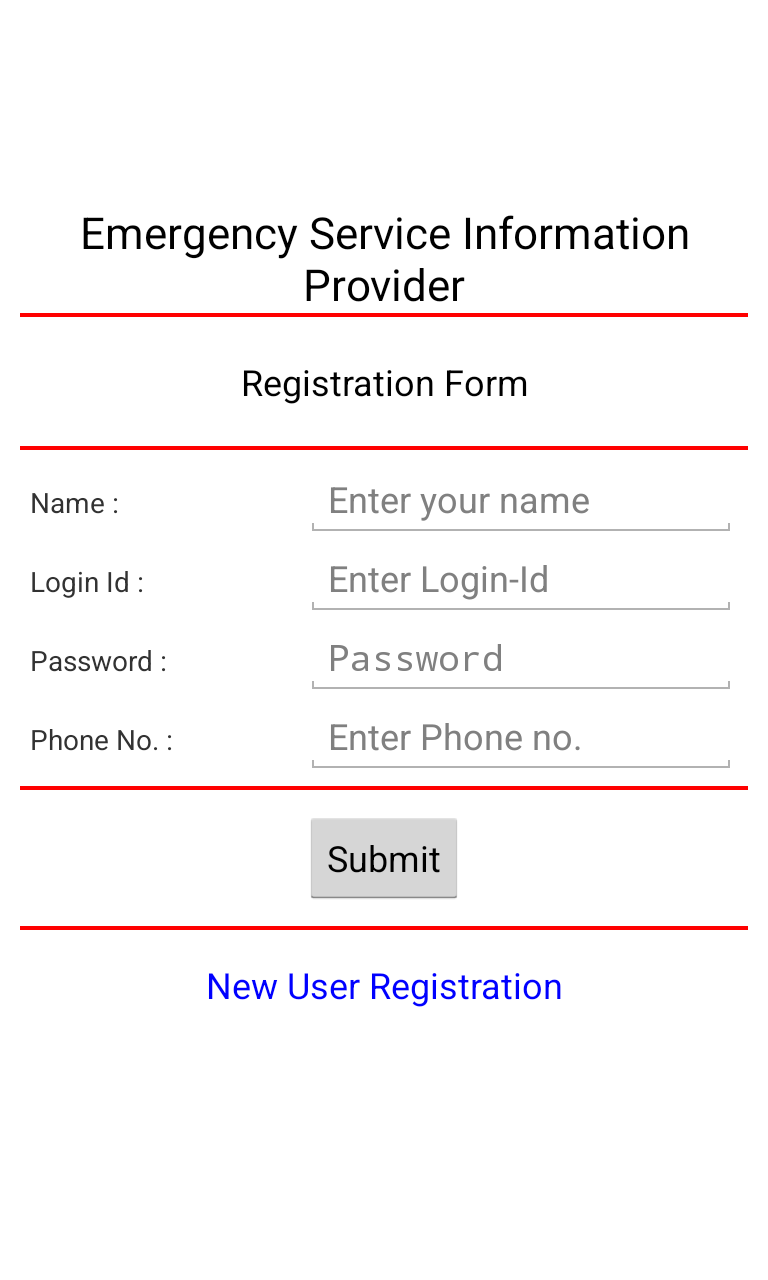
Repository: mansee8/Emergency-Service-Information-Provider
Layout: Emergency Service Information Provider/ESIP/ESIP/res/layout/user_registration.xml
The author's editor kept a copy of each file at every save. The layout is drawn from the files as they stood at one save, then again after the next save.
It is drawn on a 768 x 1280 px phone screen (xhdpi) without system bars, with theme AppTheme; the app's code is not run.

Above is the layout before, as saved 2014-02-28 10:23:58.

After the next save:
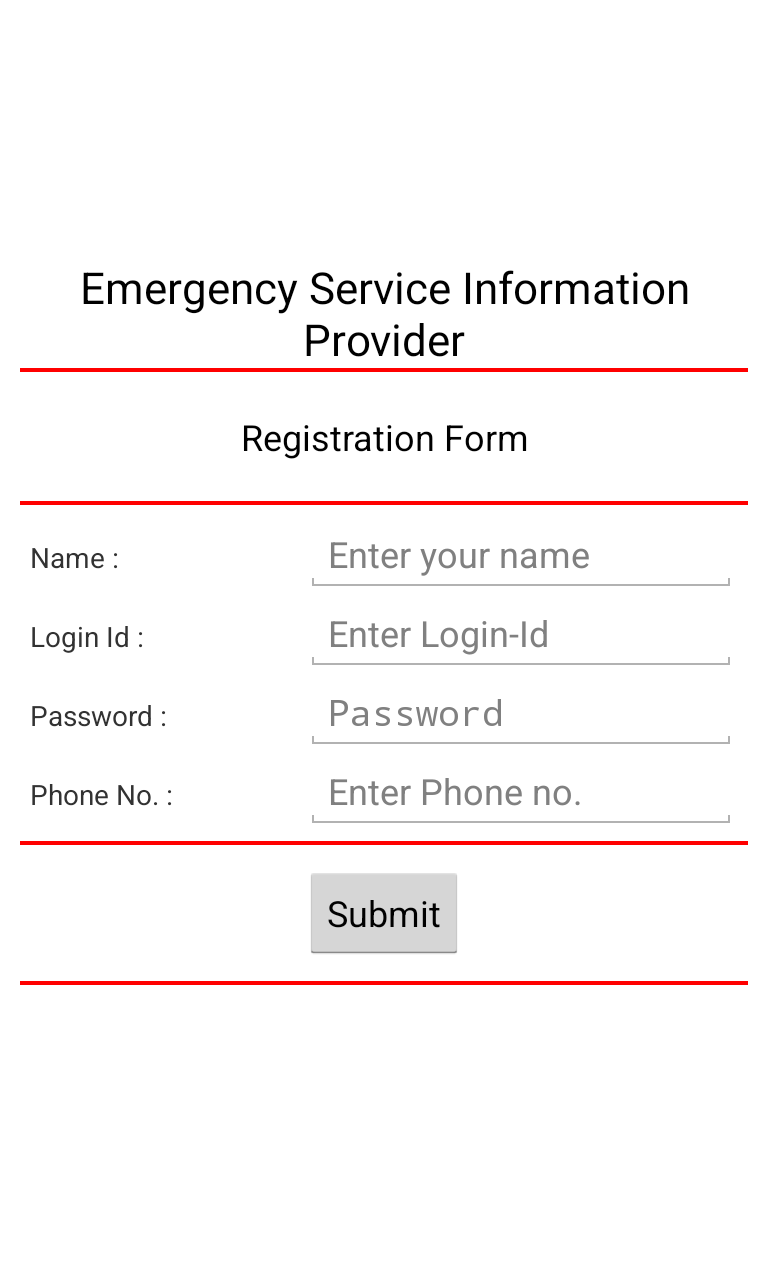
Saved 46 s later.
--- a/Emergency Service Information Provider/ESIP/ESIP/res/layout/user_registration.xml
+++ b/Emergency Service Information Provider/ESIP/ESIP/res/layout/user_registration.xml
@@ -121,16 +121,6 @@
             android:background="#ff0000" />
 
         <TextView
-            android:id="@+id/newUserView"
-            android:layout_width="fill_parent"
-            android:layout_height="wrap_content"
-            android:gravity="center"
-            android:text="New User Registration"
-            android:textAppearance="?android:attr/textAppearanceMedium"
-            android:layout_margin="15dp"
-            android:textColor="#0000FF" />
-
-        <TextView
             android:id="@+id/resultView"
             android:layout_width="wrap_content"
             android:layout_height="wrap_content" />
